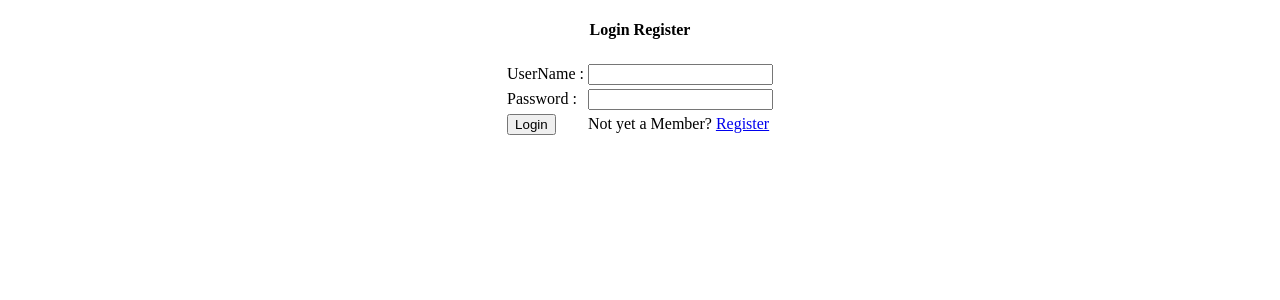
Repository: ShegokarSneha/Login-Registration
Page: http://localhost/LoginRegistration/
An editor plug-in stored every save of this project. The page is shown before and after the next save, followed by the edit.
The browser window is 1280 px wide. The pictures show the whole page.
The page is served by Tomcat 9.

Above is the page before, as saved 2019-07-09 04:26:28.

After the next save:
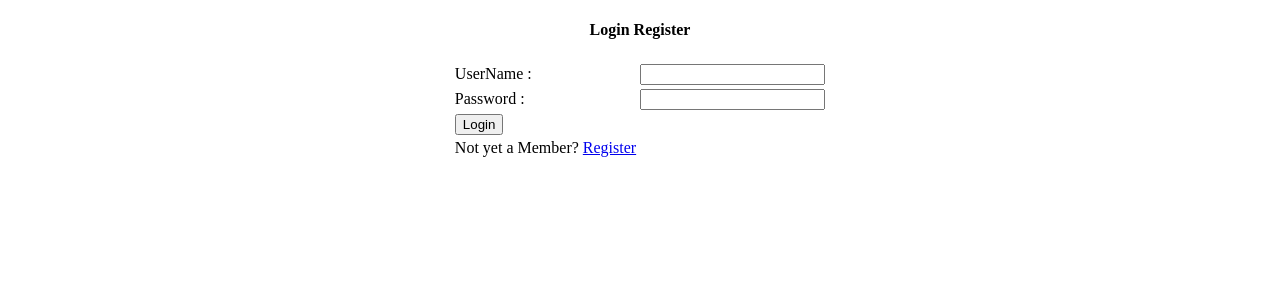
Saved 40 s later.
--- a/LoginRegistration/WebContent/Login.jsp
+++ b/LoginRegistration/WebContent/Login.jsp
@@ -25,7 +25,10 @@
 				<tr>
 					<td><a align="right"><input type="Submit" name="Submit"
 						value="Login"></td>
+						</tr>
+						<tr>
 					<td>Not yet a Member? <a href="Register.jsp">Register</a></td>
+					</tr>
 			</table>
 		</form>
 	</center>

After the 2 saves that followed:
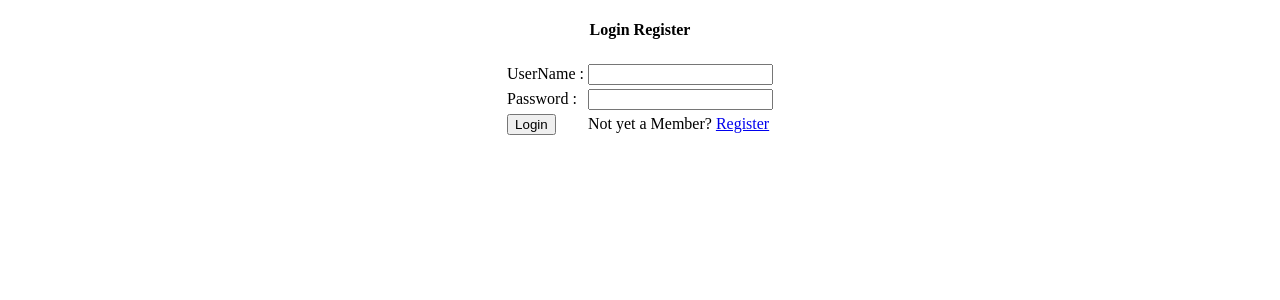
The 2 saves are shown as one change because 1 left the picture as it was.
The last was saved 69 s later.
--- a/LoginRegistration/WebContent/Login.jsp
+++ b/LoginRegistration/WebContent/Login.jsp
@@ -23,10 +23,8 @@
 					<td><input type="password" name="password"></td>
 					</tr>
 				<tr>
-					<td><a align="right"><input type="Submit" name="Submit"
+					<td><input type="Submit" name="Submit"
 						value="Login"></td>
-						</tr>
-						<tr>
 					<td>Not yet a Member? <a href="Register.jsp">Register</a></td>
 					</tr>
 			</table>
